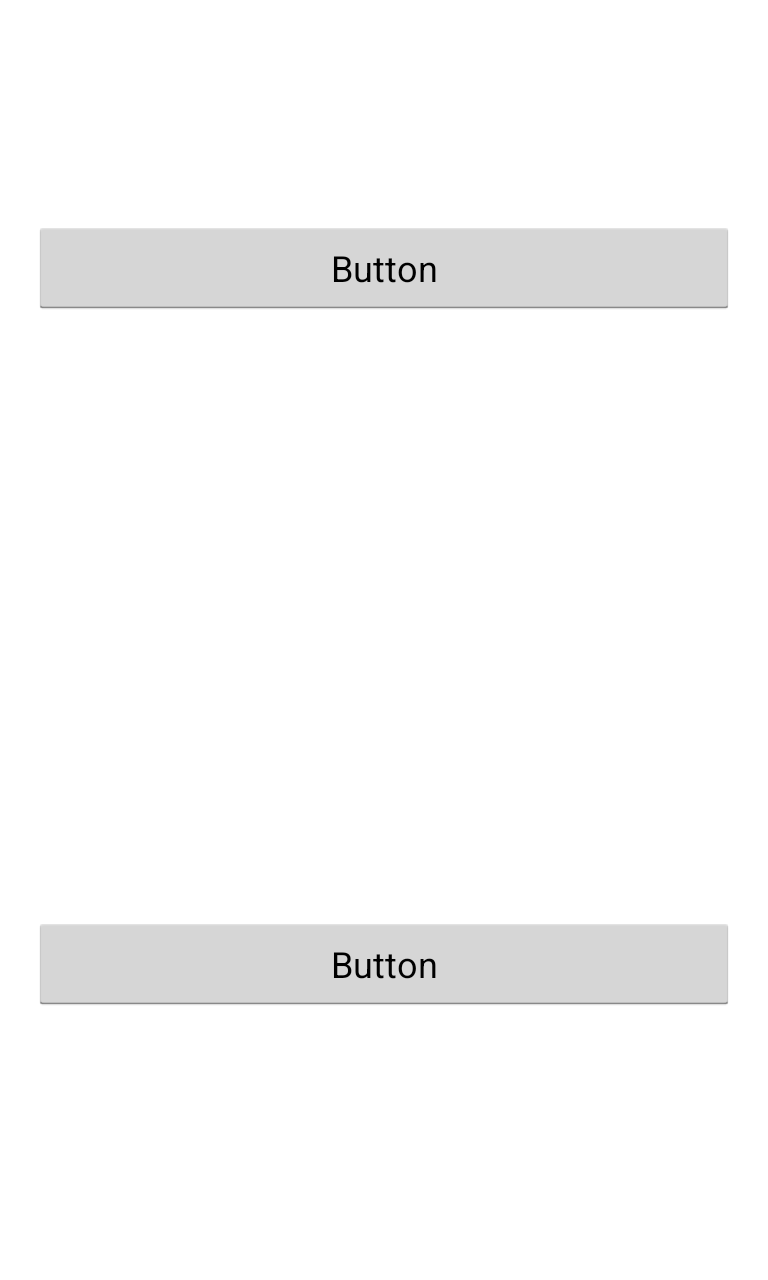
Repository: Shruthi06/designed-droid
Layout: service_demo/res/layout/activity_main.xml
The author's editor kept a copy of each file at every save. The layout is drawn from the files as they stood at one save, then again after the next save.
It is drawn on a 768 x 1280 px phone screen (xhdpi) without system bars, with theme AppTheme; the app's code is not run.

Above is the layout before, as saved 2016-02-15 12:23:02.

### service_demo/res/layout/activity_main.xml
<RelativeLayout xmlns:android="http://schemas.android.com/apk/res/android"
    xmlns:tools="http://schemas.android.com/tools"
    android:layout_width="match_parent"
    android:layout_height="match_parent"
    android:paddingBottom="@dimen/activity_vertical_margin"
    android:paddingLeft="@dimen/activity_horizontal_margin"
    android:paddingRight="@dimen/activity_horizontal_margin"
    android:paddingTop="@dimen/activity_vertical_margin"
    tools:context=".MainActivity" >

    <Button
        android:id="@+id/button1"
        android:layout_width="wrap_content"
        android:layout_height="wrap_content"
        android:layout_alignParentLeft="true"
        android:layout_alignParentRight="true"
        android:layout_alignParentTop="true"
        android:layout_marginTop="94dp"
        style="@drawable/ic_launcher"
        android:text="Button" />

    <Button
        android:id="@+id/button2"
        android:layout_width="wrap_content"
        android:layout_height="wrap_content"
        android:layout_alignParentBottom="true"
        android:layout_alignParentLeft="true"
        android:layout_alignRight="@+id/button1"
        android:layout_marginBottom="118dp"
        android:text="Button" />

</RelativeLayout>

Loaded but not shown: service_demo/res/values/styles.xml (common file); service_demo/res/values-v11/styles.xml (common file); service_demo/res/values-v14/styles.xml (common file); service_demo/res/values/dimens.xml (common file)

After the next save:
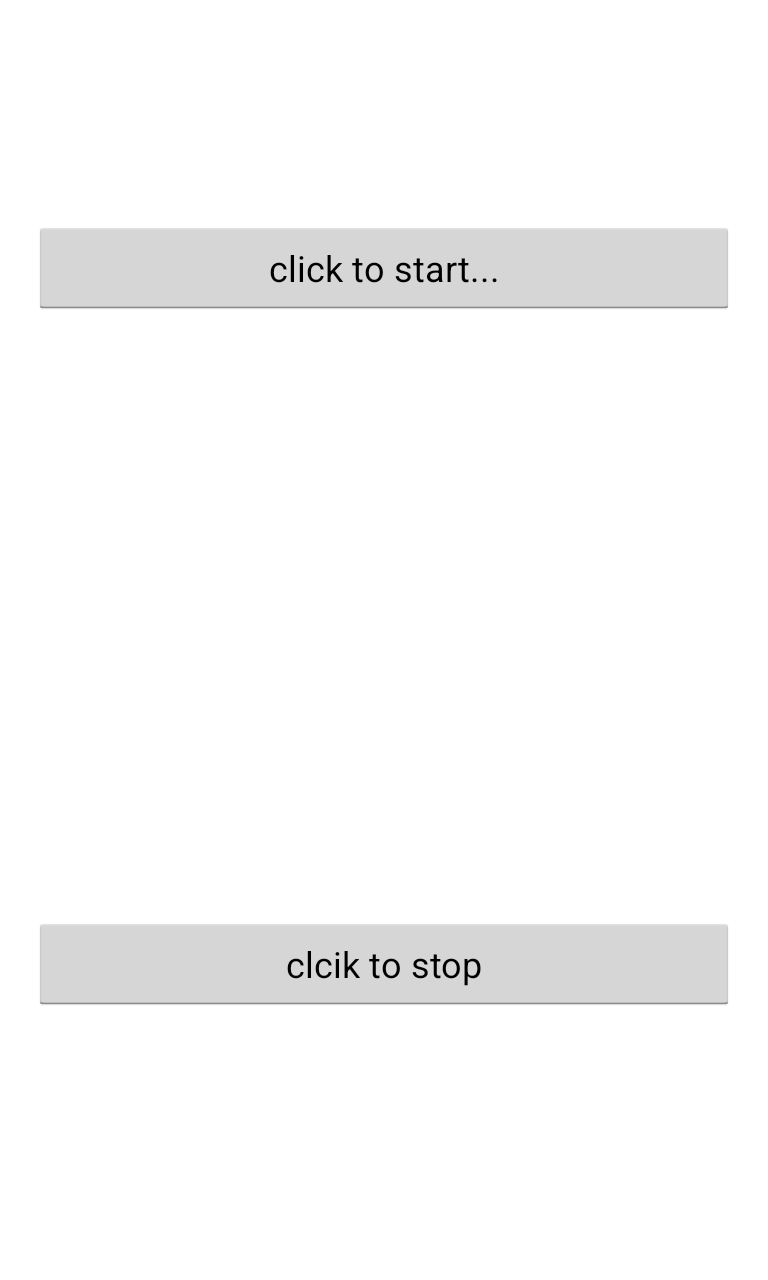
Saved 89 s later.
--- a/service_demo/res/layout/activity_main.xml
+++ b/service_demo/res/layout/activity_main.xml
@@ -9,24 +9,24 @@
     tools:context=".MainActivity" >
 
     <Button
-        android:id="@+id/button1"
+        android:id="@+id/buttonstart"
+        style="@drawable/ic_launcher"
         android:layout_width="wrap_content"
         android:layout_height="wrap_content"
         android:layout_alignParentLeft="true"
         android:layout_alignParentRight="true"
         android:layout_alignParentTop="true"
         android:layout_marginTop="94dp"
-        style="@drawable/ic_launcher"
-        android:text="Button" />
+        android:text="click to start..." />
 
     <Button
-        android:id="@+id/button2"
+        android:id="@+id/buttonstop"
         android:layout_width="wrap_content"
         android:layout_height="wrap_content"
         android:layout_alignParentBottom="true"
         android:layout_alignParentLeft="true"
-        android:layout_alignRight="@+id/button1"
+        android:layout_alignRight="@+id/buttonstart"
         android:layout_marginBottom="118dp"
-        android:text="Button" />
+        android:text="clcik to stop" />
 
 </RelativeLayout>
